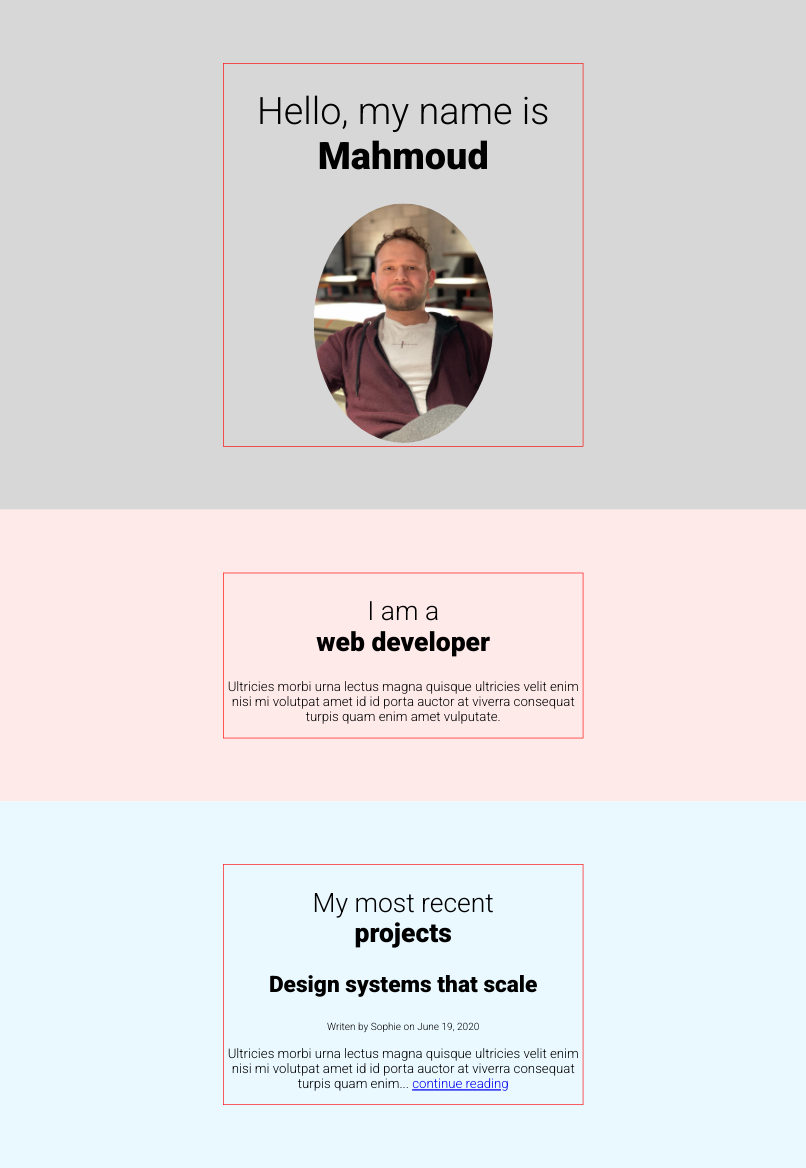
Repository: Doumham-Armah/portfolio
Page: index.html
The author's editor kept a copy of each file at every save. The page is drawn from the files as they stood at one save, then again after the next save.
The browser window is 1280 px wide. The pictures show the whole page, at 63% of full size.

Above is the page before, as saved 2021-08-17 12:29:32.

### index.html
<!DOCTYPE html>
<html>
  <head>
    <title>HTML & CSS Fundamentals | Challenges</title>
    <link rel="preconnect" href="https://fonts.googleapis.com" />
    <link rel="preconnect" href="https://fonts.gstatic.com" crossorigin />
    <link
      href="https://fonts.googleapis.com/css2?family=Roboto:wght@300;900&display=swap"
      rel="stylesheet"
    />
    <link href="./style.css" rel="stylesheet" />
  </head>

  <body>
    <header>
      <div class="container">
        <h1>Hello, my name is <span>Mahmoud</span></h1>
        <img class="my-photo" src="./images/photo.jpeg" alt="image of me" />
      </div>
    </header>

    <section class="about-me">
      <div class="container">
        <h2>I am a <span>web developer</span></h2>
        <p>
          Ultricies morbi urna lectus magna quisque ultricies velit enim nisi mi
          volutpat amet id id porta auctor at viverra consequat turpis quam enim
          amet vulputate.
        </p>
      </div>
    </section>

    <section class="projects">
      <div class="container">
        <h2>My most recent <span>projects</span></h2>
        <article>
          <h3>Design systems that scale</h3>
          <p class="small-text">Writen by Sophie on June 19, 2020</p>
          <p>
            Ultricies morbi urna lectus magna quisque ultricies velit enim nisi
            mi volutpat amet id id porta auctor at viverra consequat turpis quam
            enim... <a href="#">continue reading</a>
          </p>
        </article>
      </div>
    </section>
  </body>
</html>

### style.css
body {
  margin: 0;
  font-size: 1.3125rem;
}

h1,
h2 {
  font-weight: 300;
}

h1 {
  font-size: 3.75rem;
}

h2 {
  font-size: 2.625rem;
}

h3 {
  font-size: 2.25rem;
}

h1 span,
h2 span {
  font-weight: 900;
  display: block;
}

header,
section {
  padding: 6.25rem 0;
}

header {
  background-color: #d7d7d7;
}

.about-me {
  background-color: #ffeaea;
}

.projects {
  background-color: #eaf9ff;
}

.small-text {
  font-size: 16px;
}

.container {
  width: 570px;
  margin: 0 auto;
  border: 1px solid red;
  text-align: center;
  font-family: "Roboto", sans-serif;
}

.my-photo {
  max-width: 50%;
  /* height: auto; */
  border-radius: 50%;
}

After the next save:
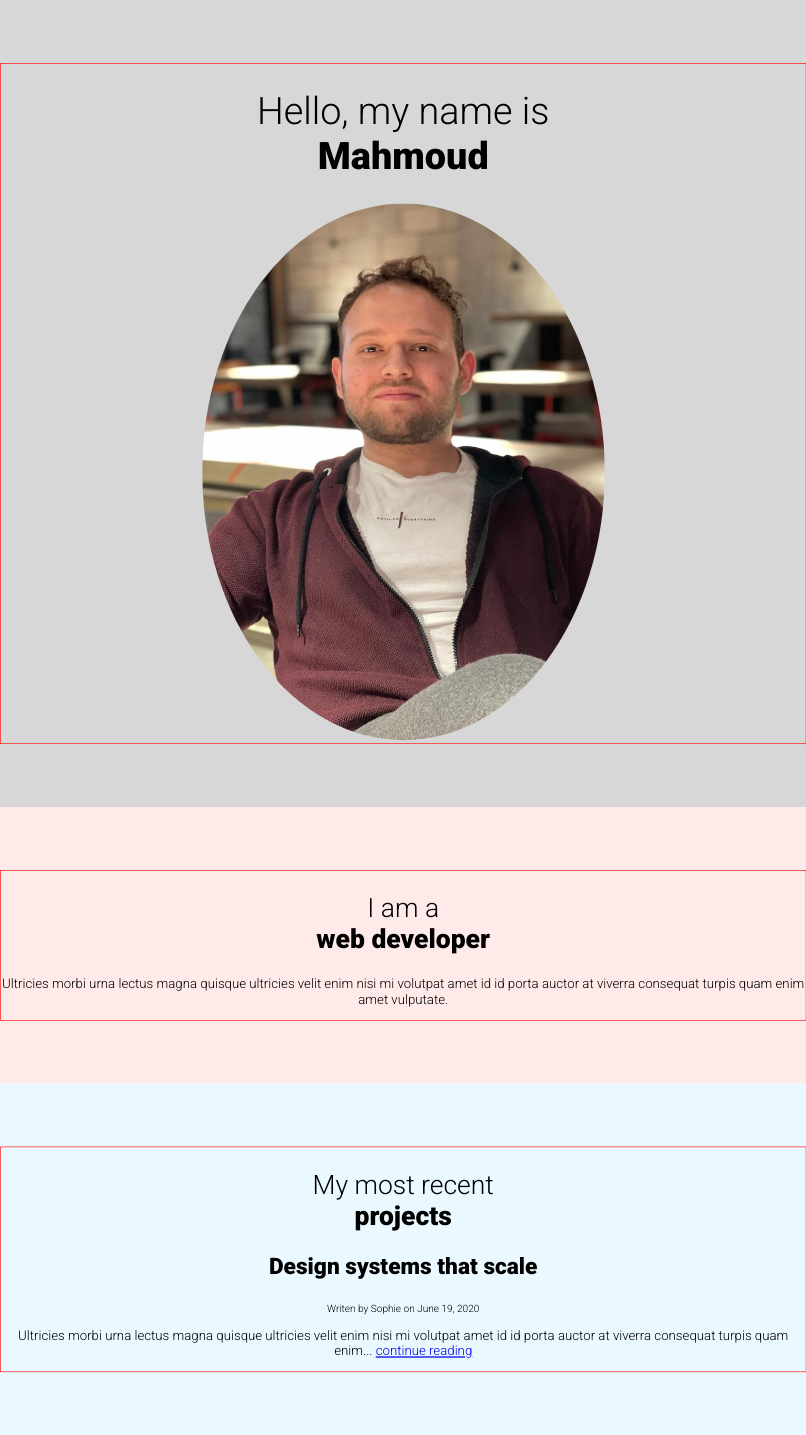
Saved 29 s later.
--- a/style.css
+++ b/style.css
@@ -48,7 +48,7 @@
 }
 
 .container {
-  width: 570px;
+  /* width: 570px; */
   margin: 0 auto;
   border: 1px solid red;
   text-align: center;

After the save that followed:
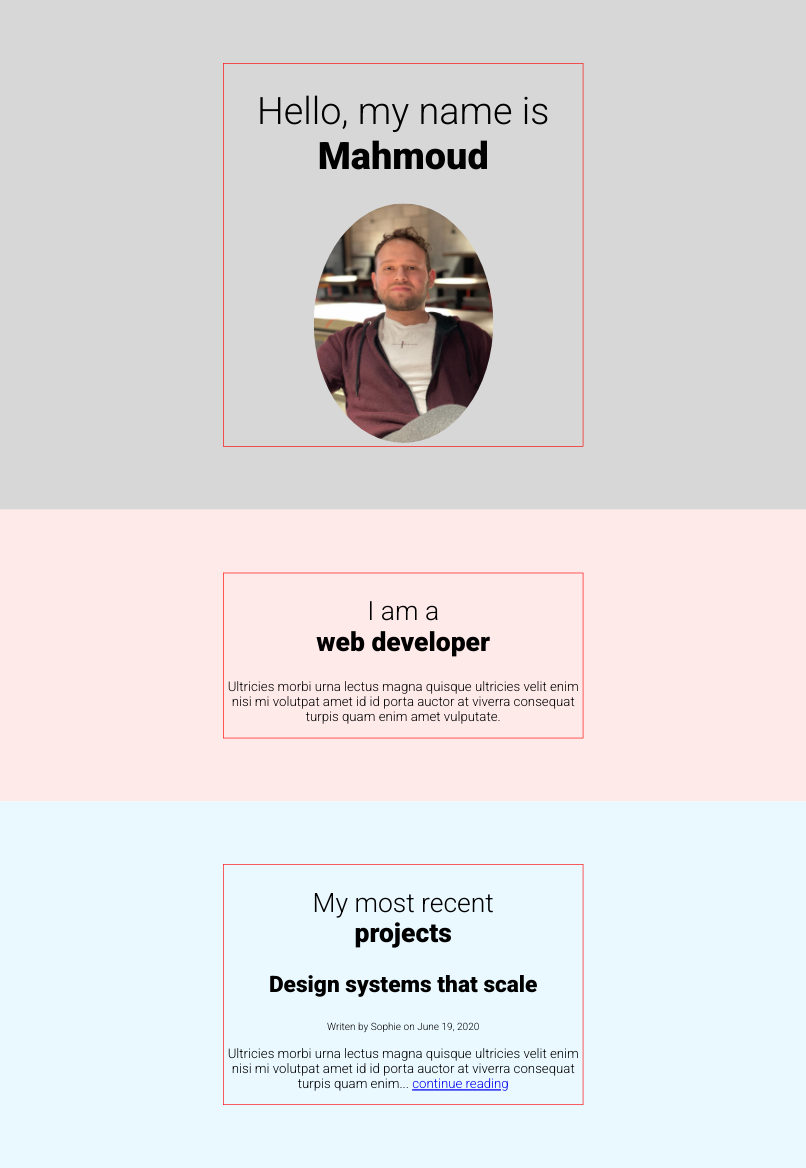
Saved 10 s later.
--- a/style.css
+++ b/style.css
@@ -48,7 +48,7 @@
 }
 
 .container {
-  /* width: 570px; */
+  width: 570px;
   margin: 0 auto;
   border: 1px solid red;
   text-align: center;
